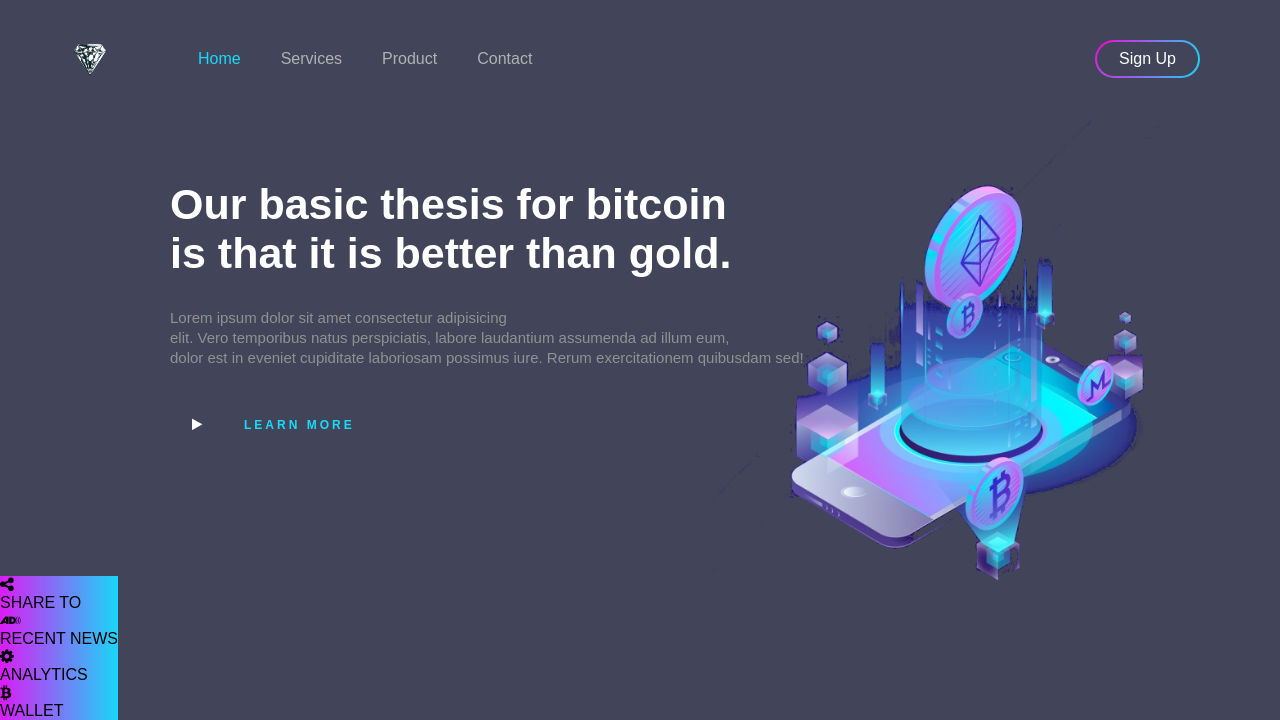
Repository: Aakarshit-Sharma19/Basic-HTML-and-CSS-Page-
Page: index.html
An editor plug-in stored every save of this project. The page is shown before and after the next save, followed by the edit.
The browser window is 1280 px wide. The pictures show the whole page.

Above is the page before, as saved 2020-11-10 17:04:45.

### index.html
<!DOCTYPE html>
<html lang="en">

<head>
    <title>Crypto Currency Web App - Easy Tutorials</title>
    <link rel="stylesheet" href="style.css">
    <link rel="stylesheet" href="https://stackpath.bootstrapcdn.com/font-awesome/4.7.0/css/font-awesome.min.css">
</head>

<body>
    <div class="container">
        <div class="menu">
            <ul>
                <li class="logo"><img src="1349.png" alt="diamond"></li>
                <li class="active">Home</li>
                <li>Services</li>
                <li>Product</li>
                <li>Contact</li>
                <li><a href="#" class="signup-btn"><span>Sign Up</span></a></li>
            </ul>
        </div>
        <div class="banner">
            <div class="app-text">
                <h1>Our basic thesis for bitcoin <br> is that it is better than gold.</h1>
                <p>Lorem ipsum dolor sit amet consectetur adipisicing <br>elit. Vero temporibus natus perspiciatis,
                    labore
                    laudantium assumenda ad illum eum,<br>  dolor est in eveniet cupiditate laboriosam possimus iure.
                    Rerum
                    exercitationem quibusdam sed!</p>
                <div class="play-btn">
                    <div class="play-btn-inner"><i class="fa fa-play" aria-hidden="true"></i>
                    </div>
                    <small><b>LEARN MORE</b></small>
                </div>
            </div>
            <div class="app-picture">
                <img src="background.png" alt="">
            </div>
        </div>
        <div class="quick-links">
            <ul>
                <li>
                    <i class="fa fa-share-alt" aria-hidden="true"></i><p>SHARE TO</p>
                </li>
                <li>
                   <i class="fa fa-audio-description" aria-hidden="true"></i><p>RECENT NEWS</p>
                </li>
                <li>
                    <i class="fa fa-cog" aria-hidden="true"></i><p>ANALYTICS</p>
                </li>
                <li>
                    <i class="fa fa-btc" aria-hidden="true"></i><p>WALLET</p>
                </li>
            </ul>
        </div>
    </div>
</body>

</html>

### style.css
* {
    margin: 0;
    padding: 0;
    font-family: sans-serif;
}

body{
    background: #42455a;
}
.container{
    width: 100%;
    height: 100%;
}

.menu ul{
    display: inline-flex;
    margin: 50px;
}

.menu ul li{
    list-style: none;
    margin: 0 20px;
    color: #b2b1b1;
    cursor: pointer;
}

.logo img{
    width: 40px;
    margin-top: -12px;
    margin-right: 48px;
}

.active{
    color: #19dafa!important;
}

.signup-btn{
    top: 40px;
    right: 80px;
    position: absolute;
    text-decoration: none;
    color: #fff;
    border: 2px solid transparent;
    border-radius: 20px;
    background-image: linear-gradient(#42455a, #42455a), radial-gradient(circle at top left, #fd00da, #19d7f8);
    background-origin: border-box;
    background-clip: content-box,border-box;
}

.signup-btn span{
    display: block;
    padding: 8px 22px;
}

.banner{
    width: 80%;
    height: 70%;
    top: 25%;
    left: 130px;
    position: absolute;
    color: #fff;
}

.app-text{
    width: 50%;
    float: left;
}

.app-text h1{
    font-size: 43px;
    width: 640px;
    position: relative;
    margin-left: 40px;
}

.app-text p{
    font-size: 15px;
    width: 650px;
    margin: 30px 0 30px 40px;
    line-height: 20px;
    color: #919191;
}

.app-picture{
    width: 50%;
    float: right;
}

.app-picture img{
    width: 100%;
    margin-top: -60px;
    padding-left: 70px;
}

.play-btn{
    margin-left: 40px;
    display: inline-flex;
}

.play-btn-inner{
    height: 50px;
    width: 50px;
    border: 2px solid transparent;
    border-radius: 50%;
    background-image: linear-gradient(#42455a, #42455a), radial-gradient(circle at top left, #fd00da, #19d7f8);
    background-origin: border-box;
    background-clip: content-box,border-￼
    Home
    Services
    Product
    Contact
    Sign Up
    box;
    text-align: center;
}
.play-btn-inner .fa{
    padding: 18px 0px;
    font-size: 13px;
    cursor: pointer;
}

small{
    margin: auto 20px;
    cursor: pointer;
    font-size: 12px;
    color: #19dafa;
    letter-spacing: 3px;
}

.quick-links{
    left: 0;
    bottom: 0;
    position: absolute;
    background: linear-gradient(to right, #db1bf6, #19d7f8);
}

After the next save:
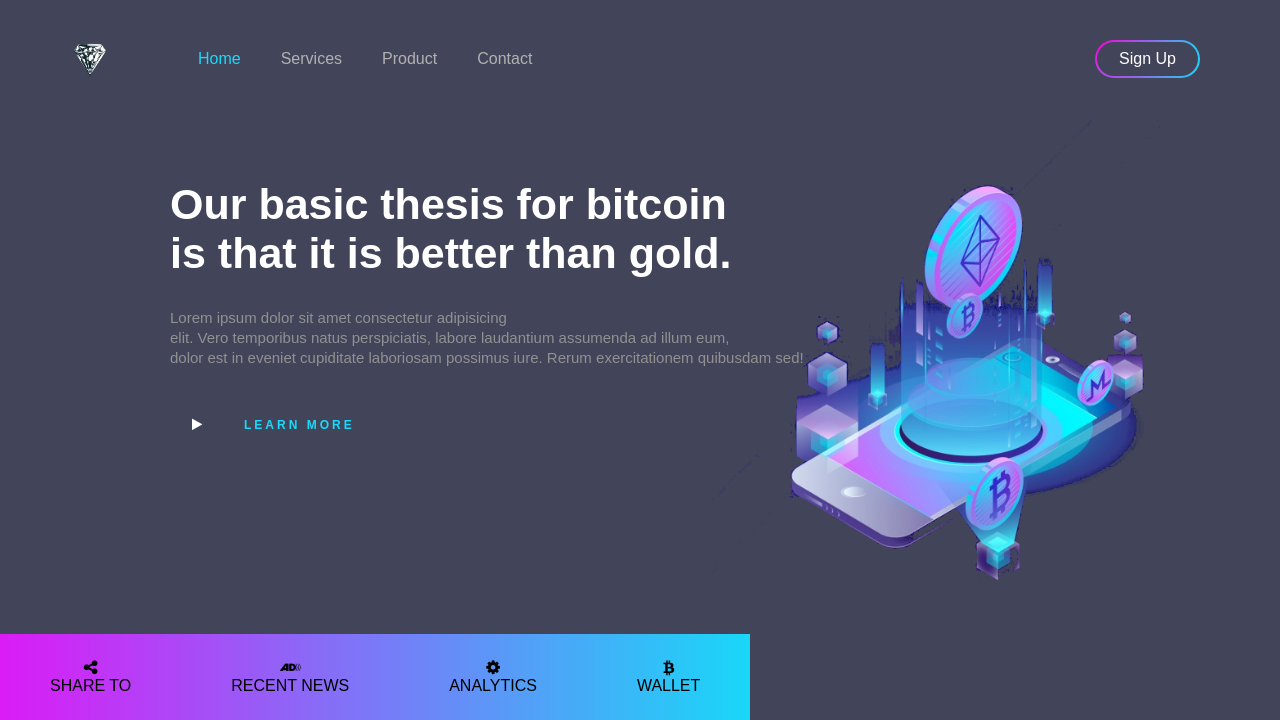
Saved 89 s later.
--- a/style.css
+++ b/style.css
@@ -133,3 +133,13 @@ small{
     position: absolute;
     background: linear-gradient(to right, #db1bf6, #19d7f8);
 }
+.quick-links ul{
+    display: inline-flex;
+    margin: 25px auto;
+    text-align: center;
+}
+.quick-links ul li{
+    list-style: none;
+    margin: 0 50px;
+    cursor: pointer;
+}
